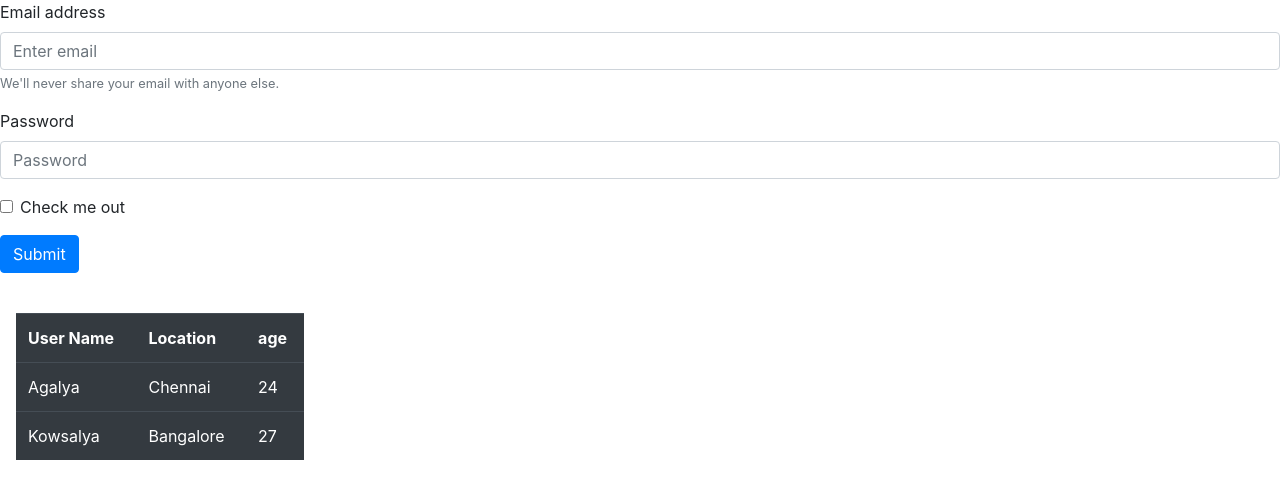
Repository: rajeshkannane/java1
Page: Form/public/index.html
These files come from the project's save history. The page is drawn as it stood at one moment and after the next save; the edit follows.
The browser window is 1280 px wide. The pictures show the whole page.

Above is the page before, as saved 2022-11-14 16:44:39.

### Form/public/index.html
<!DOCTYPE html>
<html>
<head>
            <meta charset="UTF-8">
            <title>Form Demo</title>
            <link rel="stylesheet" href="https://stackpath.bootstrapcdn.com/bootstrap/4.3.1/css/bootstrap.min.css" integrity="sha384-ggOyR0iXCbMQv3Xipma34MD+dH/1fQ784/j6cY/iJTQUOhcWr7x9JvoRxT2MZw1T" crossorigin="anonymous">
        </head>


<body>
<form>
  <div class="form-group">
    <label for="exampleInputEmail1">Email address</label>
    <input type="email" class="form-control" id="exampleInputEmail1" aria-describedby="emailHelp" placeholder="Enter email">
    <small id="emailHelp" class="form-text text-muted">We'll never share your email with anyone else.</small>
  </div>
  <div class="form-group">
    <label for="exampleInputPassword1">Password</label>
    <input type="password" class="form-control" id="exampleInputPassword1" placeholder="Password">
  </div>
  <div class="form-group form-check">
    <input type="checkbox" class="form-check-input" id="exampleCheck1">
    <label class="form-check-label" for="exampleCheck1">Check me out</label>
  </div>
  <button type="submit" class="btn btn-primary">Submit</button>
</form>
<br>
<div class="col-sm-3 p-3" >
<table class="table table-dark" style="text-align:1%">
  <tr>
    <th>User Name</th>
    <th>Location</th>
    <th>age</th>
  </tr>
  <tr>
    <td>Agalya</td>
    <td>Chennai</td>
    <td>24</td>
  </tr>
  <tr>
    <td>Kowsalya</td>
    <td>Bangalore</td>
    <td>27</td>
  </tr>
    </table>
    </div>
</body>
</html>

After the next save:
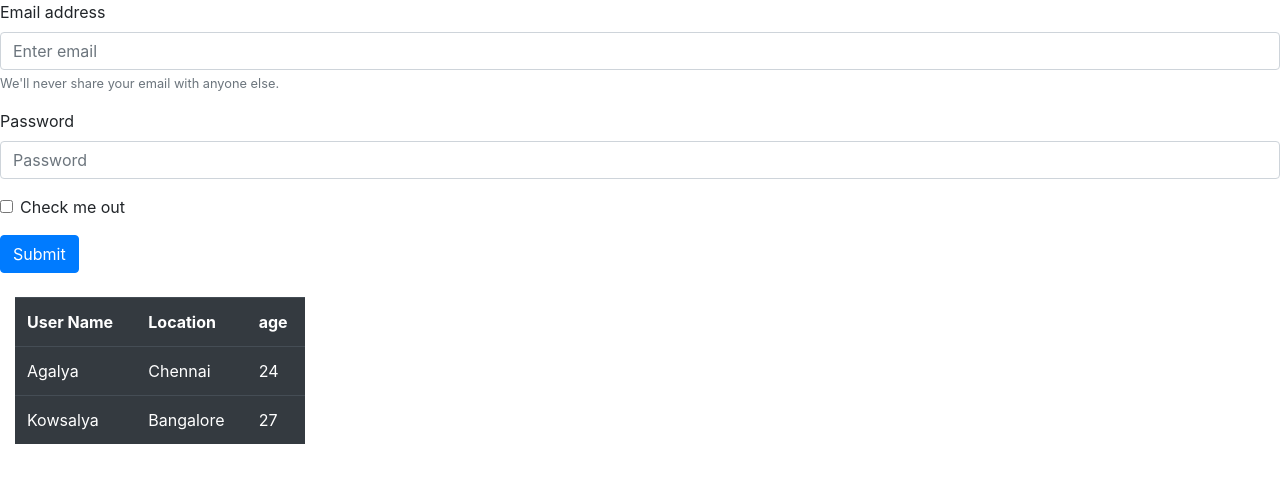
Saved 19 s later.
--- a/Form/public/index.html
+++ b/Form/public/index.html
@@ -25,7 +25,7 @@
   <button type="submit" class="btn btn-primary">Submit</button>
 </form>
 <br>
-<div class="col-sm-3 p-3" >
+<div class="col-sm-3 " >
 <table class="table table-dark" style="text-align:1%">
   <tr>
     <th>User Name</th>
